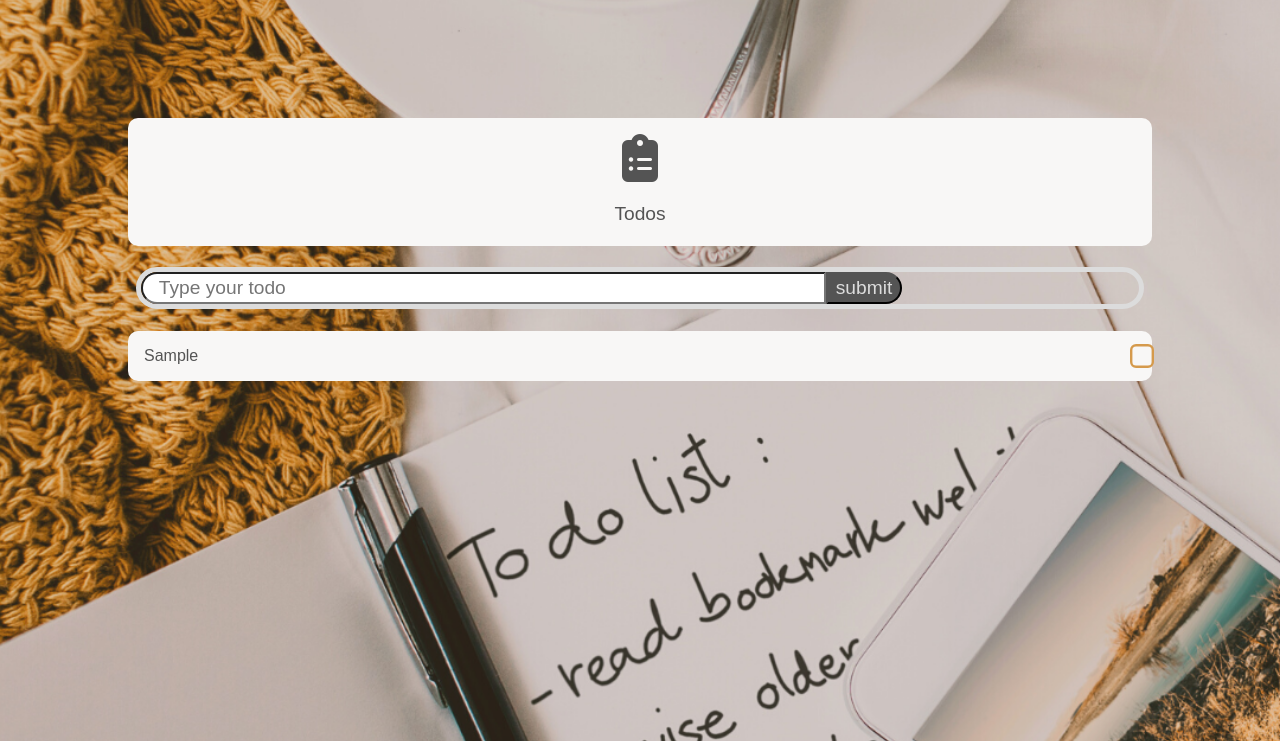
Repository: ShindanoSingi/My-Channel-Videos
Page: index.html
An editor plug-in stored every save of this project. The page is shown before and after the next save, followed by the edit.
The browser window is 1280 px wide. The pictures show the whole page.
Empty fields were first filled with sample values (such as "Sample", 5 or name@example.com).
After loading, the first visible `#submit-button` was clicked once.

Above is the page before, as saved 2023-07-18 22:11:32.

After the next save:
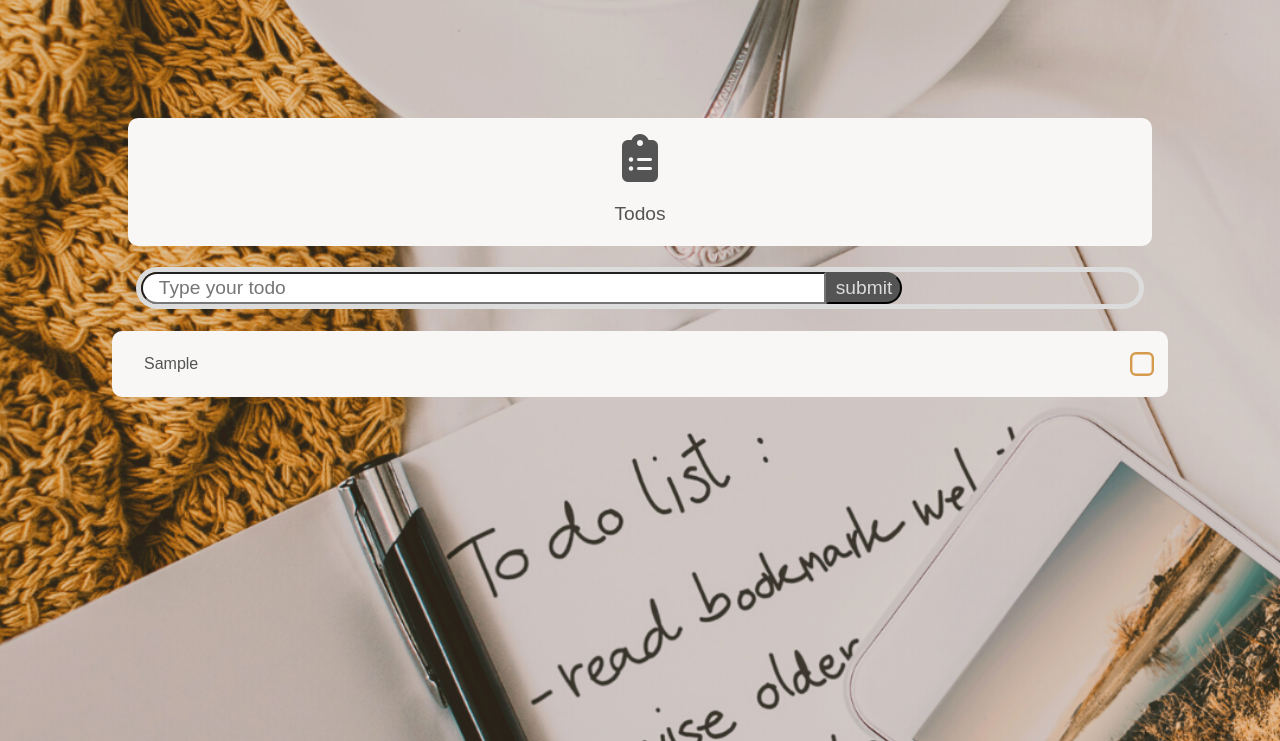
Saved 9 s later.
--- a/style.css
+++ b/style.css
@@ -125,7 +125,7 @@ div.text{
     align-items: center;
     background-color: var(--background-color);
     border-radius: var(--border-radius);
-    padding: var(--padding);
+    padding: 0.5rem 1rem;
 }
 
 .div-checkbox-containers-parent{
